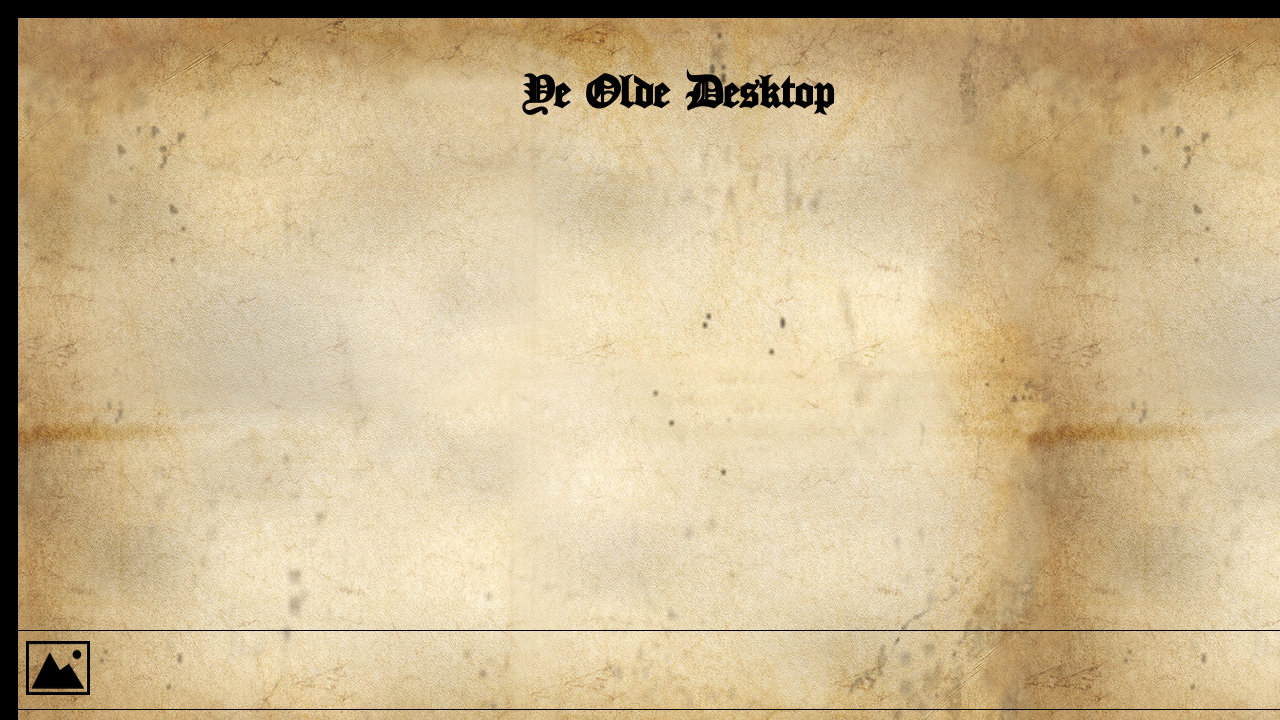
Repository: ma223md/1dv403-laborationer
Page: 5-pwd/index.html
The author's editor kept a record of every edit. The page is drawn from the files as they stood at one moment, then again after the next edit.
The browser window is 1280 px wide. The pictures show the whole page.

Above is the page before.

### 5-pwd/index.html
<!DOCTYPE html>
<html>
    <head>
        <meta charset="UTF-8" />
        <link rel="stylesheet" href="css/pwdstyle.css" />
        <script src="js/navigation.js"></script>
        <script src="js/desktop.js"></script>
        <script src="js/window.js"></script>
        <script src="js/imageviewer.js"></script>
        <script src="js/run.js"></script>
        <title>Personal Web Desktop</title>
    </head>

    <body>
        <div id="desktop">
                <header>
                    <h1>Ye Olde Desktop</h1>
                </header>
                <template class="template">
                    <div class="window">
                        <div class="windowTop">
                            <img class="windowIcon">
                            <p class="name"></p>
                            <img src="pics/close_icon.png" class="closeIMG"/>
                        </div>
                        <div class="windowContent"></div>
                    </div>
                </template>

                <div id="iconbar"></div>
        </div>
    </body>
</html>

### 5-pwd/css/pwdstyle.css
@font-face {
    font-family: headline;
    src: url(../fonts/OldLondon.ttf);
}

@font-face {
    font-family: article;
    src: url(../fonts/linowrite.ttf);
}

body
{
    background-color: black;
}

header h1 {
    text-align: center;
    padding-top: 15px;
    color: black;
    font-family: headline;
    font-size: 50px;
}

#desktop {
    display: block;
    position: fixed;
    width: 100%;
    height: 100%;
    margin: 10px;
    background-image: url("../pics/paperbackground.jpg");
    padding-left: 20px;
    padding-right: 20px;
}

#iconbar {
    position: fixed;
    bottom: 10px;
    right: 10px;
    left: 15px;
    width: 100%;
    border-style: solid;
    border-width: 1px;
    border-color: black;
}

#iconbar img {
    margin: 10px;
}

/*p {
    font-family: article;
    font-size: 14px;
    text-align: center;
    padding-top: 10px;
    padding-bottom: 10px;
    padding-left: 20px;
    padding-right: 20px;
    color: black;
    word-wrap: break-word;
}*/

.window {
	background:#E3DEBF;
	font-size: 1.2em;

	width:500px;
    opacity: 0.8;
	border:3px solid black;
	overflow:hidden;
	margin:auto;
	text-align: center;
	-moz-box-shadow: 5px 5px 3px rgba(0, 0, 0, 0.5);
	-webkit-box-shadow: 5px 5px 3px rgba(0, 0, 0, 0.5);
	box-shadow: 5px 5px 3px rgba(0, 0, 0, 0.5);
    -moz-border-radius: 15px;
    border-radius: 15px;
}

.windowTop {
    display: block;
    padding: 10px;
    height: 30px;
    background: -webkit-gradient(linear, 0 0, 0 100%, from(#e1e2cc), to(#918a68));
    background: -webkit-linear-gradient(#e1e2cc 0%, #918a68 100%);
    background: -moz-linear-gradient(#e1e2cc 0%, #918a68 100%);
    background: -o-linear-gradient(#e1e2cc 0%, #918a68 100%);
    background: linear-gradient(#e1e2cc 0%, #918a68 100%);
}

#closeIMG {
    float: right;
    width: 20px;
    width: 20px;
}

.name {
    margin-top: 0px;
    margin-bottom: 0px;
    float: left;
    font-family: article;
    color: black;
    font-size: 14px;
    text-align: left;
    word-wrap: break-word;
}

.windowContent {
    height: 250px;
    overflow: scroll;
}

.loadingIcon {
    height: 30px;
    padding-top: 10px;
}

.imageDiv {
    float: left;
    width: 85px;
    height: 50px;
    background-color: #f2efe0;
    margin:5px;
    padding-top:5px;
    padding-bottom:5px;
    -moz-border-radius: 5px;
    border-radius: 5px;
}

### 5-pwd/js/navigation.js
"use strict";

function Navigation(desktop){
    //get navigation elements
    this.element = document.getElementById("iconbar");
    this.desktop = desktop;
}

// function for new icons in navigation
Navigation.prototype.newIcon = function(imgURL, width, name){
    var icon = document.createElement("img");

    //set attributes
    icon.setAttribute('src', imgURL);
    icon.style.width = width;
    icon.style.height = "54px";

    var that = this;
    // append to element
    this.element.appendChild(icon);

    // onclick function
    icon.onclick = function(e){
        // create new window
        //e.preventDefault();
        new Window(that.desktop, icon, name);
        return false;
    };
};

### 5-pwd/js/desktop.js
"use strict";

function Desktop(){
    // get desktop element
    this.element = document.querySelector("#desktop");
}

### 5-pwd/js/window.js
"use strict";

function Window(desktop, icon, name){
    // get window elements
    var temp = document.querySelector(".template");
    var windowTemp = temp.content.querySelector(".window");
    var win = windowTemp.cloneNode(true);

    // assign elements for windowtop
    var windowTop = win.querySelector(".windowTop"),
    closeButton = win.querySelector(".closeIMG"),
    windowName = win.querySelector(".name"),
    content = win.querySelector(".windowContent");

    // define variables
    this.desktop = desktop;
    this.win = win;

    //append name
    windowName.innerHTML = name;

    //append new window
    desktop.element.appendChild(win);

    // check name to match app
    this.checkName(name);

    // loading image
    var loadingIcon = document.createElement('img');
    loadingIcon.setAttribute('src', 'pics/loading_icon.GIF');
    loadingIcon.setAttribute('class', 'loadingIcon');
    content.appendChild(loadingIcon);

    // close window when button is clicked
    closeButton.onclick = function(e){
        desktop.element.removeChild(win);
    };


    // make dragable and movable
    var offset = { x: 0, y: 0 };
    windowTop.addEventListener('mousedown', mouseDown, false);
    window.addEventListener('mouseup', mouseUp, false);

    function mouseUp() {
        win.removeEventListener('mousemove', popupMove, true);
    }

    function mouseDown(e) {
        offset.x = e.clientX - win.offsetLeft;
        offset.y = e.clientY - win.offsetTop;
        win.addEventListener('mousemove', popupMove, true);
    }

    function popupMove(e) {
        win.style.position = 'absolute';
        var top = e.clientY - offset.y;
        var left = e.clientX - offset.x;
        win.style.top = top + 'px';
        win.style.top = left + 'px';
    }
}

Window.prototype.checkName = function(name) {
    if (name === "Image Viewer"){
        // set top picture
        var windowicon = this.win.querySelector(".windowIcon");
        windowicon.setAttribute('src', 'pics/image_icon.png');

        // create image gallery
        new ImageViewer(Window.win, Window.desktop);
    }
};

### 5-pwd/js/imageviewer.js
"use strict";

function ImageViewer(){
    // get and render images
    var xhr = new XMLHttpRequest();

    xhr.onreadystatechange = function(){
    	if(xhr.readyState === 4 && xhr.status === 200){
    	    // remove loading icon at response
    	   var content = document.querySelector(".windowContent"),
    	   loadIcon = document.querySelector(".loadingIcon");
    	   content.removeChild(loadIcon);

            // parse object
            var obj = JSON.parse(xhr.responseText);
            //var boxSize = this.sizeHandler(obj);
                // arrays for storing height and width
            var sizesH = [],
            sizesW = [],
            hi,
            wi;

            for(var i = 0; i < obj.length; i++){
                // add sizes to arrays
                sizesH.push(obj[i].thumbHeight);
                sizesW.push(obj[i].thumbWidth);
                // sort array
                sizesH.sort();
                sizesW.sort();
                // calculate highest
                hi = sizesH[sizesH.length - 1];
                wi = sizesW[sizesW.length - 1];
            }

            //loop trough array
            for (var i = 0; i < obj.length; i++){
                // create img and a elements
                var imageDiv = document.createElement("div"),
                link = document.createElement("a"),
                img = document.createElement("img");

                // set attributes
                link.setAttribute('href', '#');
                imageDiv.setAttribute('class', 'imageDiv');
                imageDiv.setAttribute('id', 'imageDiv'+i);
                imageDiv.setAttribute("style","height:" + hi + "px");
                imageDiv.setAttribute("style","width:" + wi + "px");
                img.setAttribute('src', obj[i].thumbURL);
                img.setAttribute('class', 'imageThumb');

                // append elements
                imageDiv.appendChild(img);
                link.appendChild(imageDiv);
                content.appendChild(link);

                // change background image on click
                img.onclick = (function(url){
                    return function() {
                        document.getElementById("desktop").style.backgroundImage = "url('" + url + "')";
                    };
                })(obj[i].URL);
            }
    	}
    };

	xhr.open("GET", "http://homepage.lnu.se/staff/tstjo/labbyServer/imgviewer/", true);
    xhr.send(null);
}

ImageViewer.prototype.sizeHandler = function(obj){
    // arrays for storing height and width
    var sizesH = [],
    sizesW = [],
    hi,
    wi;

    for(var i = 0; i < obj.length; i++){
        // add sizes to arrays
        sizesH.push(obj[i].thumbHeight);
        sizesW.push(obj[i].thumbWidth);
        // sort array
        sizesH.sort();
        sizesW.sort();
        // calculate highest
        hi = sizesH[sizesH.length - 1];
        wi = sizesW[sizesW.length - 1];
    }
    return [hi,wi];
};

### 5-pwd/js/run.js
"use strict";

window.onload = function(){
    // create new desktop
    var desktop = new Desktop;
    var nav = new Navigation(desktop);

    // add icons to navigation
    nav.newIcon('pics/image_icon.png', '64px', 'Image Viewer');
};

After the next edit:
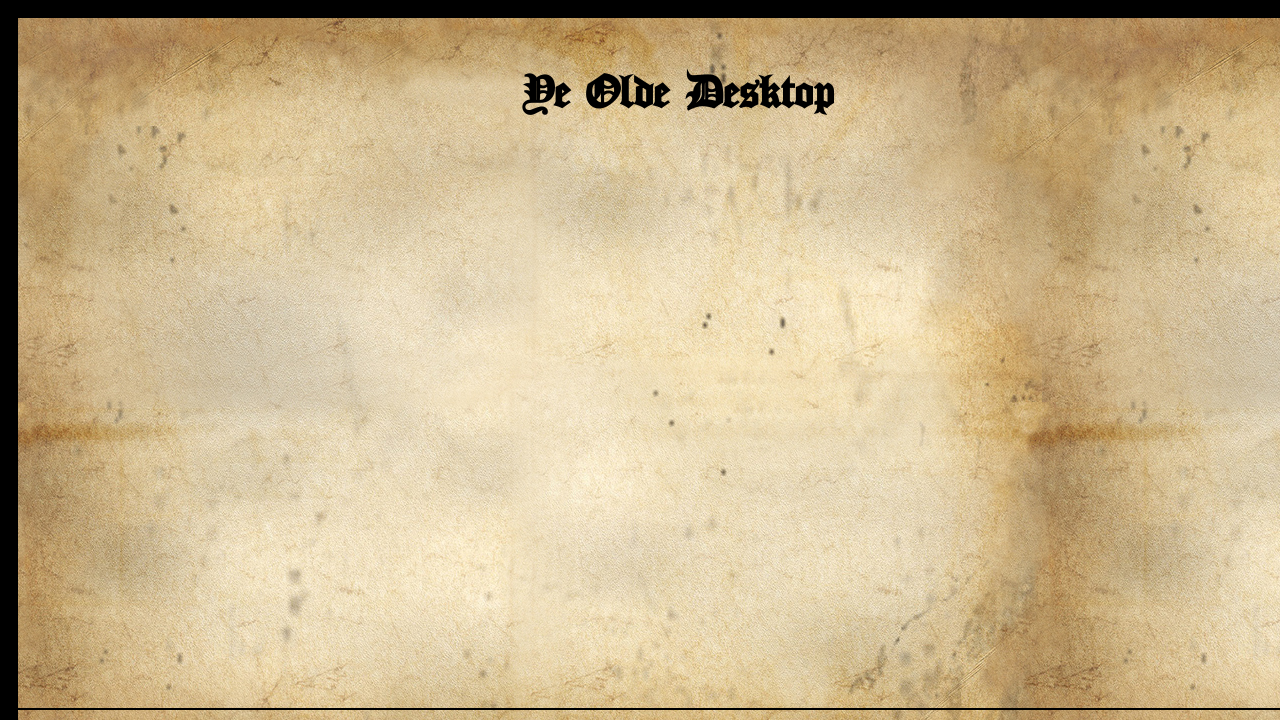
The edit:
--- a/5-pwd/index.html
+++ b/5-pwd/index.html
@@ -3,11 +3,7 @@
     <head>
         <meta charset="UTF-8" />
         <link rel="stylesheet" href="css/pwdstyle.css" />
-        <script src="js/navigation.js"></script>
-        <script src="js/desktop.js"></script>
-        <script src="js/window.js"></script>
-        <script src="js/imageviewer.js"></script>
-        <script src="js/run.js"></script>
+
         <title>Personal Web Desktop</title>
     </head>
 

After the edit that followed:
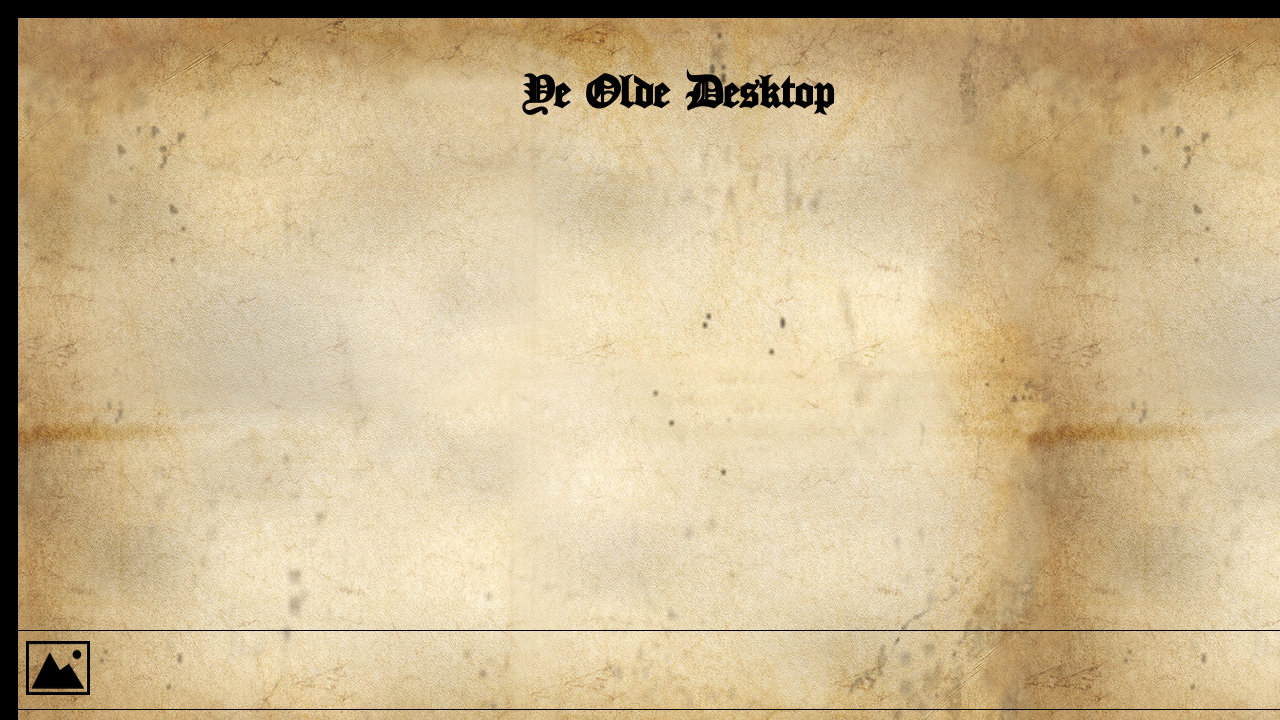
The edit:
--- a/5-pwd/index.html
+++ b/5-pwd/index.html
@@ -25,5 +25,10 @@
 
                 <div id="iconbar"></div>
         </div>
+    <script src="js/navigation.js"></script>
+    <script src="js/desktop.js"></script>
+    <script src="js/window.js"></script>
+    <script src="js/imageviewer.js"></script>
+    <script src="js/run.js"></script>
     </body>
 </html>
